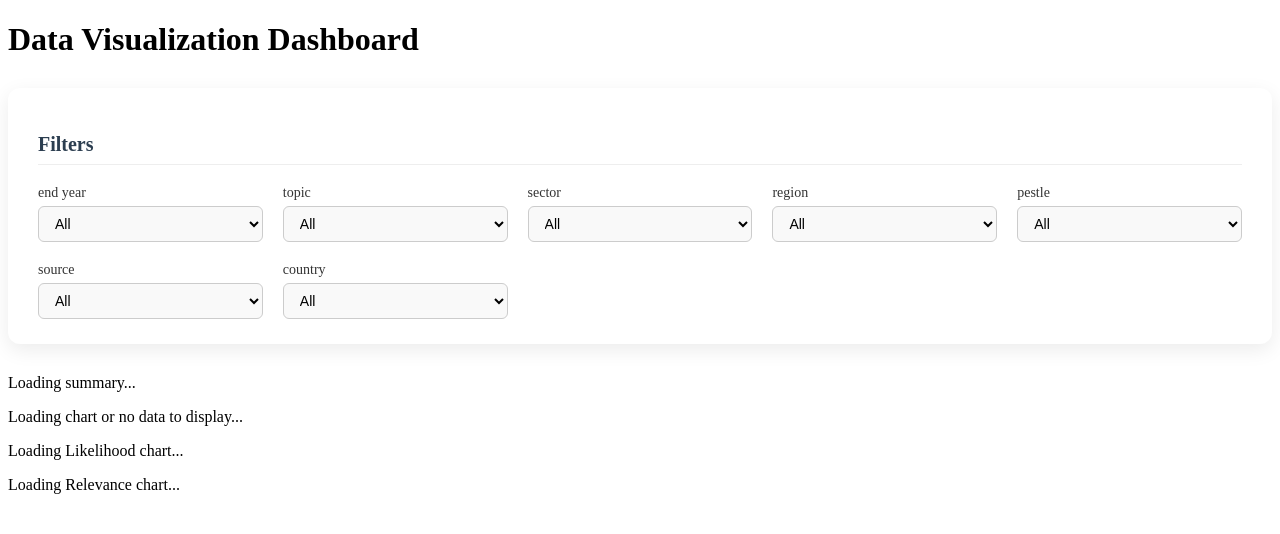
Repository: dikshant-s/DataVisualizationDashboard
Page: / (app in frontend/)
The author's editor kept a copy of each file at every save. The page is drawn from the files as they stood at one save, then again after the next save.
The browser window is 1280 px wide. The pictures show the whole page.
The page's requests for data from a server got no answer. The project was rebuilt for these pictures with package versions that can differ from the ones it lists, and the page was loaded fresh each time. No one was signed in, and anything a server would have sent is missing.

Above is the page before, as saved 2025-06-29 10:30:41.

### frontend/public/index.html
<!DOCTYPE html>
<html lang="en">
  <head>
    <meta charset="utf-8" />
    <link rel="icon" href="%PUBLIC_URL%/favicon.ico" />
    <meta name="viewport" content="width=device-width, initial-scale=1" />
    <meta name="theme-color" content="#000000" />
    <title>Data Visualization Dashboard</title>
  </head>
  <body>
    <noscript>You need to enable JavaScript to run this app.</noscript>
    <div id="root"></div>
  </body>
</html>

### frontend/src/App.js
import React, { useState } from "react";
import FilterPanel from "./components/FilterPanel";
import IntensityBarChart from "./components/IntensityBarChart";
import LikelihoodLineChart from "./components/LikelihoodLineChart";
import RelevanceTopicChart from "./components/RelevanceTopicChart";
import Summary from "./components/Summary";
// import "./App.css";

const App = () => {
  const [filters, setFilters] = useState({});

  return (
    <div className="container">
      <h1>Data Visualization Dashboard</h1>
      <FilterPanel setFilters={setFilters} />
      <Summary filters={filters} />
      <div className="chart-box">
        <IntensityBarChart filters={filters} />
      </div>
      <div className="chart-box">
        <LikelihoodLineChart filters={filters} />
      </div>
      <div className="chart-box">
        <RelevanceTopicChart filters={filters} />
      </div>
    </div>
  );
};

export default App;

### frontend/src/components/FilterPanel.js
import React, { useEffect, useState } from "react";
import axios from "axios";
import "./FilterPanel.css";
const fields = ["end_year", "topic", "sector", "region", "pestle", "source", "country"];

const FilterPanel = ({ setFilters }) => {
  const [filterOptions, setFilterOptions] = useState({});
  const [selected, setSelected] = useState({});

  useEffect(() => {
    fields.forEach(field => {
      axios.get(`http://localhost:5000/api/data/filters/${field}`)
        .then(res => setFilterOptions(prev => ({ ...prev, [field]: res.data })));
    });
  }, []);

  const handleChange = (e) => {
    const { name, value } = e.target;
    const newSelected = { ...selected, [name]: value };
    setSelected(newSelected);
    setFilters(newSelected);
  };

  return (
    <div className="filter-card">
      <h3>Filters</h3>
      <div className="filter-grid">
        {fields.map((field) => (
          <div className="filter-group" key={field}>
            <label>{field.replaceAll("_", " ")}</label>
            <select name={field} onChange={handleChange}>
              <option value="All">All</option>
              {(filterOptions[field] || []).map((val) => (
                <option key={val} value={val}>{val}</option>
              ))}
            </select>
          </div>
        ))}
      </div>
    </div>
  );
};

export default FilterPanel;

### frontend/src/components/IntensityBarChart.js
import React, { useEffect, useState } from "react";
import axios from "axios";
import { Bar } from "react-chartjs-2";
import { Chart as ChartJS, BarElement, CategoryScale, LinearScale } from 'chart.js';

ChartJS.register(BarElement, CategoryScale, LinearScale);

const IntensityBarChart = ({ filters }) => {
  const [chartData, setChartData] = useState(null);

  useEffect(() => {
    const params = new URLSearchParams(filters).toString();
    axios.get("http://localhost:5000/api/data?" + params)
      .then((res) => {
        const grouped = {};
        res.data.forEach(item => {
          const country = item.country || "Unknown";
          grouped[country] = (grouped[country] || 0) + (item.intensity || 0);
        });

        const labels = Object.keys(grouped);
        const values = Object.values(grouped);

        setChartData({
          labels: labels,
          datasets: [{
            label: "Total Intensity",
            data: values,
            backgroundColor: "rgba(75,192,192,0.6)",
            borderRadius: 5,
          }]
        });
      }).catch((err) => {
        console.error("Error fetching data:", err);
      });
  }, [filters]);

  if (!chartData || chartData.labels.length === 0) {
    return <p>Loading chart or no data to display...</p>;
  }

  return (
    <div style={{ maxWidth: "800px", margin: "auto" }}>
      <h3>Intensity by Country</h3>
      <Bar data={chartData} />
    </div>
  );
};

export default IntensityBarChart;

### frontend/src/components/LikelihoodLineChart.js
import React, { useEffect, useState } from "react";
import axios from "axios";
import { Line } from "react-chartjs-2";
import { Chart as ChartJS, LineElement, PointElement, CategoryScale, LinearScale } from "chart.js";

ChartJS.register(LineElement, PointElement, CategoryScale, LinearScale);

const LikelihoodLineChart = ({ filters }) => {
  const [chartData, setChartData] = useState(null);

  useEffect(() => {
    const params = new URLSearchParams(filters).toString();
    axios.get("http://localhost:5000/api/data?" + params)
      .then((res) => {
        const grouped = {};
        res.data.forEach(item => {
          const year = item.start_year || "Unknown";
          grouped[year] = (grouped[year] || 0) + (item.likelihood || 0);
        });

        const labels = Object.keys(grouped).sort();
        const values = labels.map(l => grouped[l]);

        setChartData({
          labels,
          datasets: [{
            label: "Likelihood Over Years",
            data: values,
            borderColor: "#36a2eb",
            fill: false
          }]
        });
      });
  }, [filters]);

  if (!chartData) return <p>Loading Likelihood chart...</p>;

  return (
    <div style={{ maxWidth: "800px", margin: "auto" }}>
      <h3>Likelihood Over Years</h3>
      <Line data={chartData} />
    </div>
  );
};

export default LikelihoodLineChart;

### frontend/src/components/RelevanceTopicChart.js
import React, { useEffect, useState } from "react";
import axios from "axios";
import { Bar } from "react-chartjs-2";
import { Chart as ChartJS, BarElement, CategoryScale, LinearScale } from "chart.js";

ChartJS.register(BarElement, CategoryScale, LinearScale);

const RelevanceTopicChart = ({ filters }) => {
  const [chartData, setChartData] = useState(null);

  useEffect(() => {
    const params = new URLSearchParams(filters).toString();
    axios.get("http://localhost:5000/api/data?" + params)
      .then((res) => {
        const grouped = {};
        res.data.forEach(item => {
          const topic = item.topic || "Unknown";
          grouped[topic] = (grouped[topic] || 0) + (item.relevance || 0);
        });

        const labels = Object.keys(grouped);
        const values = labels.map(l => grouped[l]);

        setChartData({
          labels,
          datasets: [{
            label: "Relevance by Topic",
            data: values,
            backgroundColor: "rgba(153, 102, 255, 0.6)"
          }]
        });
      });
  }, [filters]);

  if (!chartData) return <p>Loading Relevance chart...</p>;

  return (
    <div style={{ maxWidth: "800px", margin: "auto" }}>
      <h3>Relevance by Topic</h3>
      <Bar data={chartData} options={{ indexAxis: "y" }} />
    </div>
  );
};

export default RelevanceTopicChart;

### frontend/src/components/Summary.js
import React, { useEffect, useState } from "react";
import axios from "axios";

const Summary = ({ filters }) => {
  const [summary, setSummary] = useState(null);

  useEffect(() => {
    const params = new URLSearchParams(filters).toString();
    axios.get("http://localhost:5000/api/data?" + params)
      .then((res) => {
        const data = res.data;
        const total = data.length;
        const avg = (key) => total === 0 ? 0 : (data.reduce((sum, d) => sum + (d[key] || 0), 0) / total).toFixed(2);

        setSummary({
          total,
          avgIntensity: avg("intensity"),
          avgLikelihood: avg("likelihood"),
          avgRelevance: avg("relevance")
        });
      });
  }, [filters]);

  if (!summary) return <p>Loading summary...</p>;

  return (
    <div style={{ padding: "10px 20px", border: "1px solid #ccc", margin: "20px auto", maxWidth: 600 }}>
      <h3>Summary</h3>
      <p><strong>Total Records:</strong> {summary.total}</p>
      <p><strong>Average Intensity:</strong> {summary.avgIntensity}</p>
      <p><strong>Average Likelihood:</strong> {summary.avgLikelihood}</p>
      <p><strong>Average Relevance:</strong> {summary.avgRelevance}</p>
    </div>
  );
};

export default Summary;

### frontend/src/components/FilterPanel.css
.filter-card {
  background: #ffffff;
  padding: 25px 30px;
  border-radius: 12px;
  box-shadow: 0 6px 20px rgba(0, 0, 0, 0.08);
  margin: 30px 0;
}

.filter-card h3 {
  margin-bottom: 20px;
  font-size: 20px;
  color: #2c3e50;
  border-bottom: 1px solid #eee;
  padding-bottom: 8px;
}

.filter-grid {
  display: grid;
  grid-template-columns: repeat(auto-fill, minmax(220px, 1fr));
  gap: 20px;
}

.filter-group {
  display: flex;
  flex-direction: column;
}

.filter-group label {
  font-size: 14px;
  margin-bottom: 5px;
  color: #333;
}

.filter-group select {
  padding: 8px 12px;
  border-radius: 6px;
  border: 1px solid #ccc;
  background: #f9f9f9;
  font-size: 14px;
  transition: 0.2s ease;
}

.filter-group select:focus {
  outline: none;
  border-color: #3498db;
  background: #fff;
}

Loaded but not shown: frontend/src/index.js (common file)

After the next save:
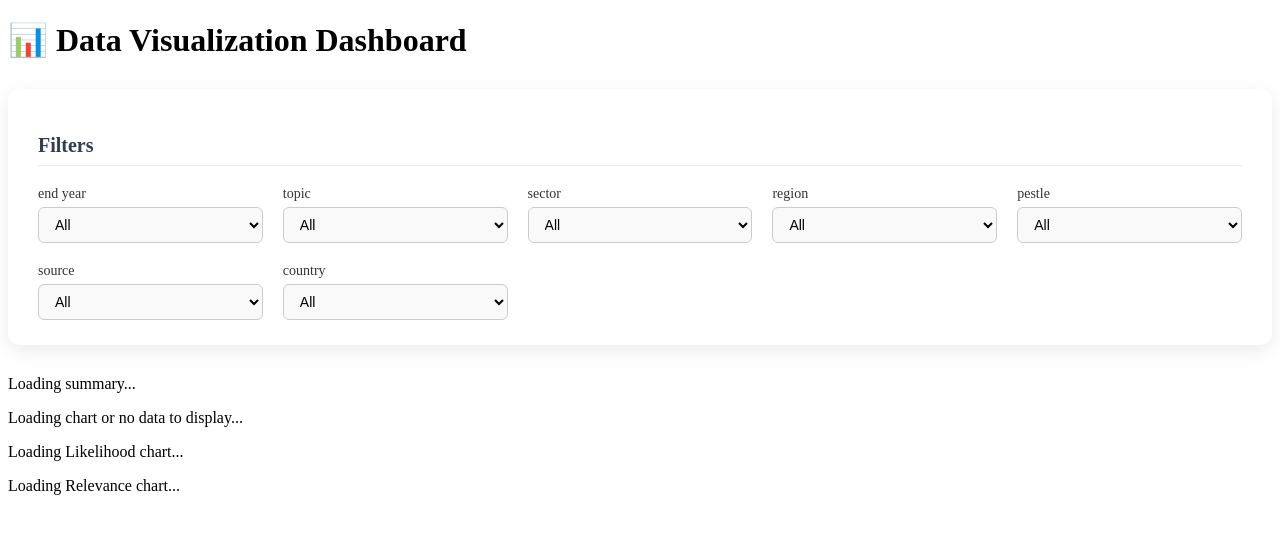
Saved 33 s later.
--- a/frontend/src/App.js
+++ b/frontend/src/App.js
@@ -4,24 +4,34 @@ import IntensityBarChart from "./components/IntensityBarChart";
 import LikelihoodLineChart from "./components/LikelihoodLineChart";
 import RelevanceTopicChart from "./components/RelevanceTopicChart";
 import Summary from "./components/Summary";
-// import "./App.css";
 
 const App = () => {
   const [filters, setFilters] = useState({});
 
   return (
-    <div className="container">
-      <h1>Data Visualization Dashboard</h1>
-      <FilterPanel setFilters={setFilters} />
-      <Summary filters={filters} />
-      <div className="chart-box">
-        <IntensityBarChart filters={filters} />
-      </div>
-      <div className="chart-box">
-        <LikelihoodLineChart filters={filters} />
-      </div>
-      <div className="chart-box">
-        <RelevanceTopicChart filters={filters} />
+    <div className="bg-gray-100 min-h-screen text-gray-800 font-sans">
+      <div className="max-w-6xl mx-auto px-4 py-8">
+        <h1 className="text-3xl font-bold text-blue-700 mb-6">
+          📊 Data Visualization Dashboard
+        </h1>
+
+        <FilterPanel setFilters={setFilters} />
+
+        <div className="bg-blue-50 border border-blue-200 p-5 rounded-xl mb-8">
+          <Summary filters={filters} />
+        </div>
+
+        <div className="bg-white rounded-xl shadow-md p-6 mb-8 overflow-x-auto">
+          <IntensityBarChart filters={filters} />
+        </div>
+
+        <div className="bg-white rounded-xl shadow-md p-6 mb-8 overflow-x-auto">
+          <LikelihoodLineChart filters={filters} />
+        </div>
+
+        <div className="bg-white rounded-xl shadow-md p-6 mb-8 overflow-x-auto">
+          <RelevanceTopicChart filters={filters} />
+        </div>
       </div>
     </div>
   );
